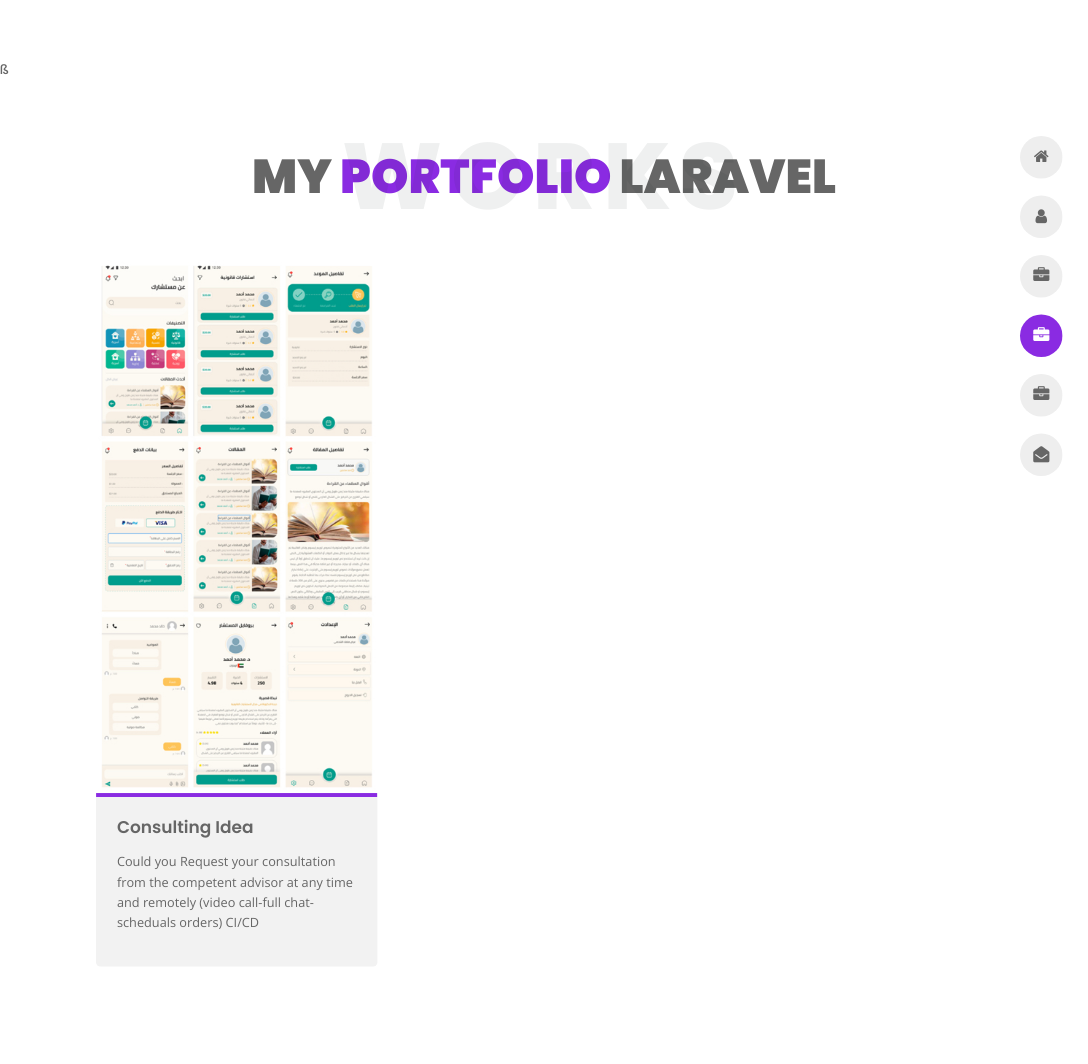
Repository: mhamdimno/mywebsite
Page: portfolioLaravel.html
The author's editor kept a copy of each file at every save. The page is drawn from the files as they stood at one save, then again after the next save.
The browser window is 1280 px wide. The pictures show the whole page, at 85% of full size.

Above is the page before, as saved 2023-06-03 17:26:45.

After the next save:
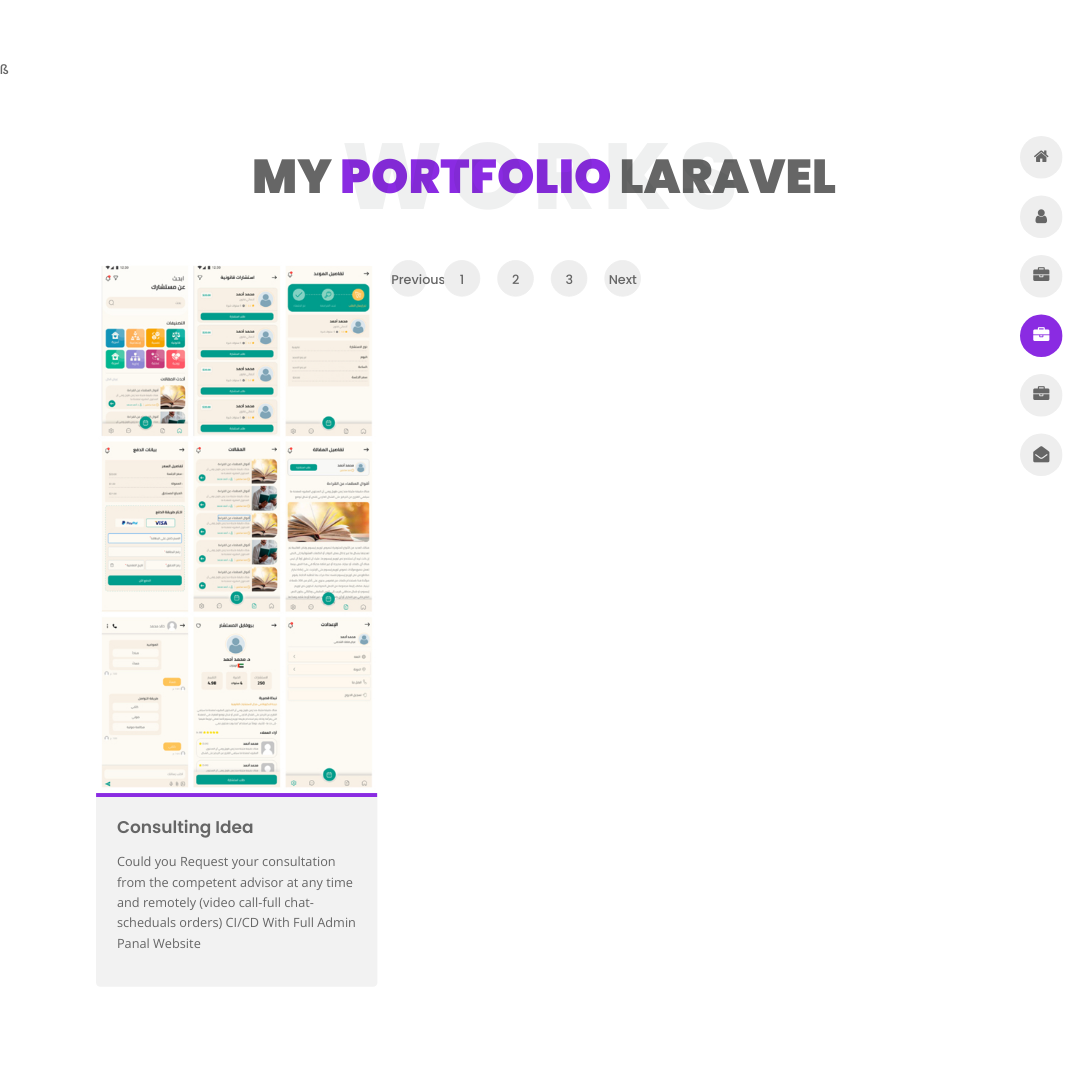
Saved 29 s later.
--- a/portfolioLaravel.html
+++ b/portfolioLaravel.html
@@ -131,13 +131,21 @@
                     Request your consultation
                     from the competent advisor
                     at any time and remotely
-                    (video call-full chat-scheduals orders) CI/CD </p>
+                    (video call-full chat-scheduals orders) CI/CD With Full Admin Panal Website</p>
             </p>
             </div>
         </div>
     </article>
 </div>
-
+<nav aria-label="Page navigation example">
+    <ul class="pagination">
+      <li class="page-item"><a class="page-link" href="#">Previous</a></li>
+      <li class="page-item"><a class="page-link" href="#">1</a></li>
+      <li class="page-item"><a class="page-link" href="#">2</a></li>
+      <li class="page-item"><a class="page-link" href="#">3</a></li>
+      <li class="page-item"><a class="page-link" href="#">Next</a></li>
+    </ul>
+  </nav>
 
 
     </div>
